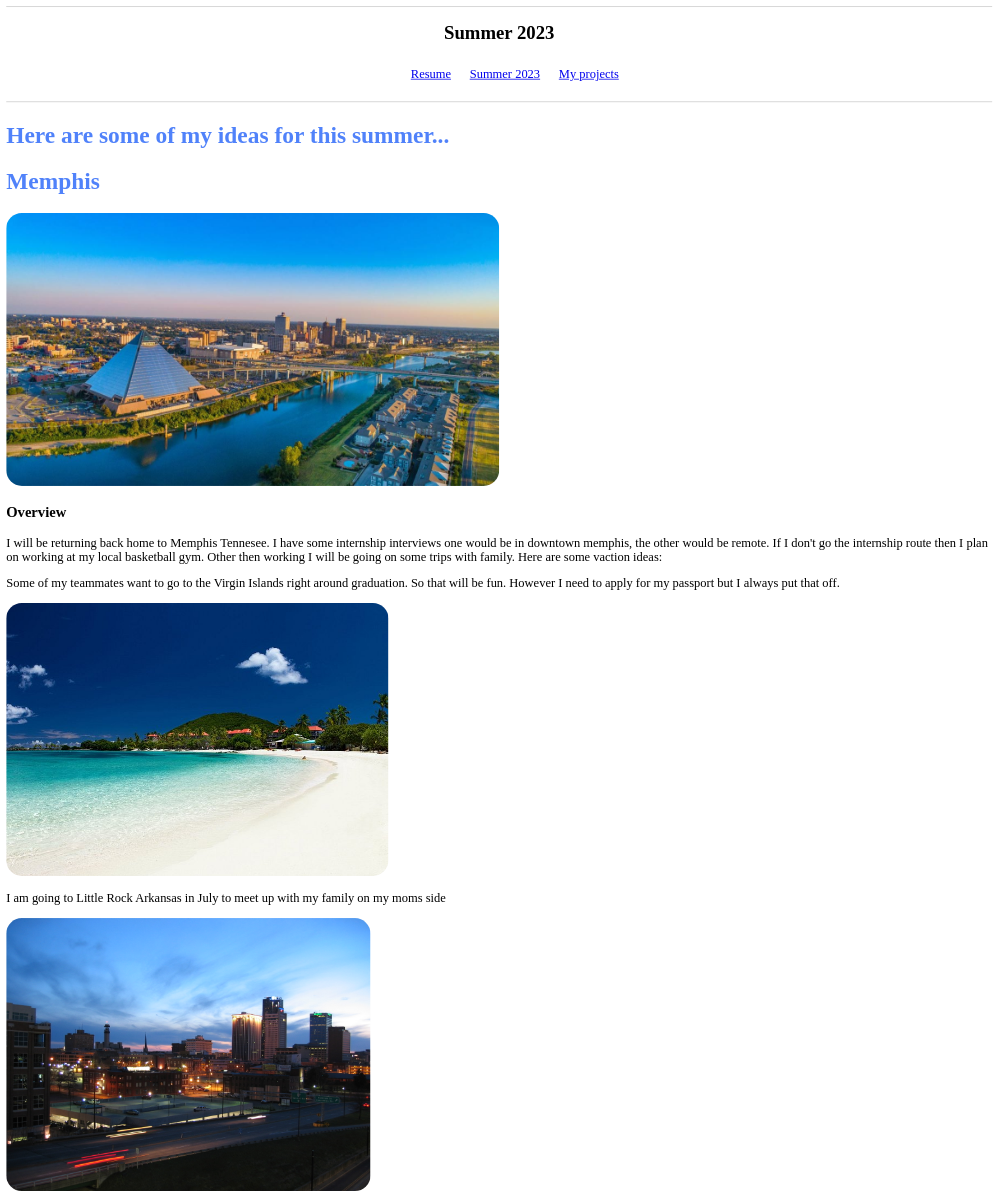
Repository: kayacancode/itm361project1
Page: summer2023.html
An editor plug-in stored every save of this project. The page is shown before and after the next save, followed by the edit.
The browser window is 1280 px wide. The pictures show the whole page, at 78% of full size.
Some web fonts or font styles are not loaded; a fallback is used.

Above is the page before, as saved 2023-03-04 13:54:54.

After the next save:
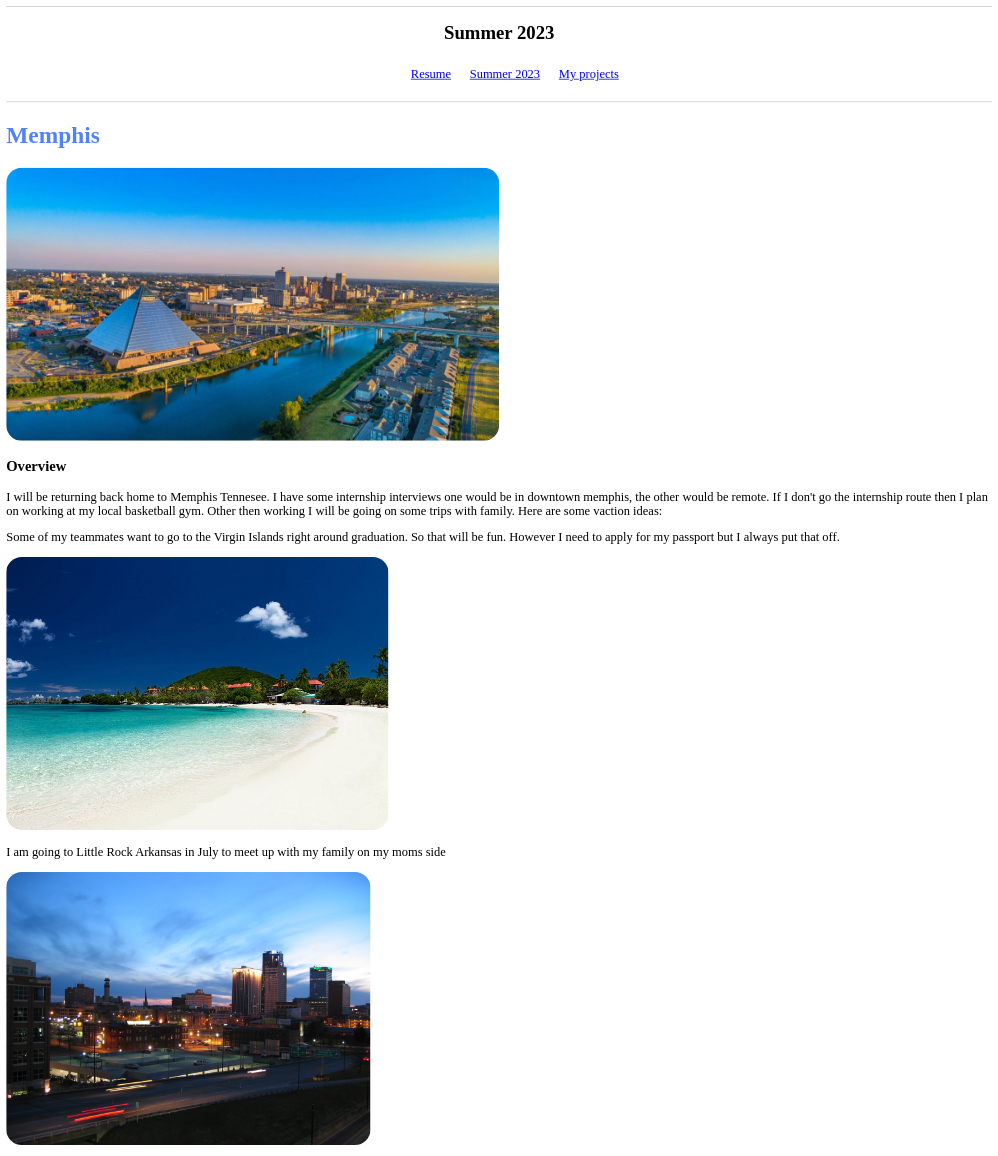
Saved 21 s later.
--- a/summer2023.html
+++ b/summer2023.html
@@ -19,9 +19,9 @@
     </nav>
   </header>
   <body>
-    <h2>Here are some of my ideas for this summer...</h2>
+    <h2>Memphis </h2>
     <div class="trips">
-      <h2>Memphis </h2>
+
       <img
       src="images/memphis.jpeg"
       alt="Memphis TN"
